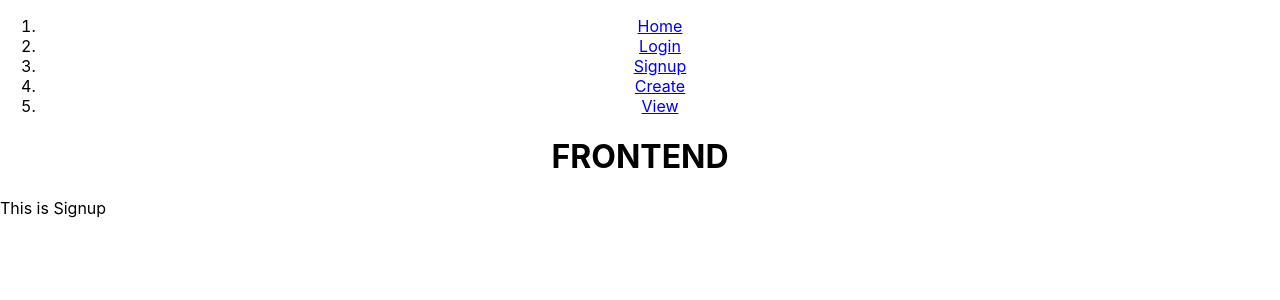
Repository: MikeTroianello/SuPro
Page: /signup (app in frontend/)
The author's editor kept a copy of each file at every save. The page is drawn from the files as they stood at one save, then again after the next save.
The browser window is 1280 px wide. The pictures show the whole page.
The project was rebuilt for these pictures with package versions that can differ from the ones it lists, and the page was loaded fresh each time. A package was used in the major version that the imports need, not the one package.json lists. Also part of the build but not shown: frontend/src/components/Home.js, frontend/src/components/Login.js, frontend/src/components/Create.js, frontend/src/components/View.js.

Above is the page before, as saved 2019-10-03 21:20:01.

### frontend/src/App.js
import React from 'react';
import { BrowserRouter as Router, Route, Switch, Link } from 'react-router-dom';

import Home from './components/Home';
import Login from './components/Login';
import Signup from './components/Signup';
import Create from './components/Create';
import View from './components/View';
import Navbar from './components/Navbar';

import './App.css';

class App extends React.Component {
  render() {
    return (
      <Router>
        <div className='App'>
          <Navbar />
          <h1>FRONTEND</h1>
        </div>
        <Switch>
          <Route exact path='/' component={Home} />
          <Route exact path='/signup' component={Signup} />
          <Route exact path='/login' component={Login} />
          <Route exact path='/create' component={Create} />
          <Route exact path='/view' component={View} />
        </Switch>
      </Router>
    );
  }
}

export default App;

### frontend/src/components/Signup.js
import React, { Component } from 'react';

export default class Signup extends Component {
  render() {
    return <div>This is Signup</div>;
  }
}

### frontend/src/components/Navbar.js
import React from 'react';
import { Link } from 'react-router-dom';

export default function Navbar() {
  return (
    <div>
      <ol>
        <li>
          <Link to='/'>Home</Link>
        </li>
        <li>
          <Link to='/login'>Login</Link>
        </li>
        <li>
          <Link to='/signup'>Signup</Link>
        </li>
        <li>
          <Link to='/create'>Create</Link>
        </li>
        <li>
          <Link to='/view'>View</Link>
        </li>
      </ol>
    </div>
  );
}

Loaded but not shown: frontend/public/index.html (common file); frontend/src/index.js (common file); frontend/src/index.css (common file); frontend/src/serviceWorker.js (common file); frontend/src/App.css (common file)

After the next save:
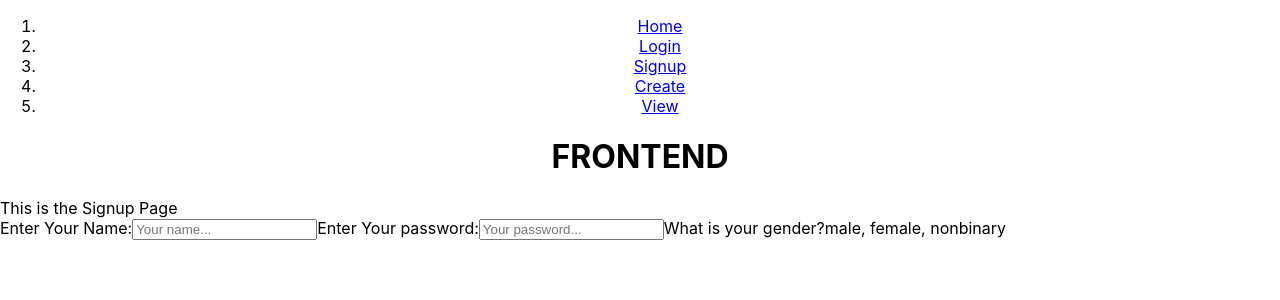
Saved 16 h 49 min later.
--- a/frontend/src/components/Signup.js
+++ b/frontend/src/components/Signup.js
@@ -2,6 +2,18 @@ import React, { Component } from 'react';
 
 export default class Signup extends Component {
   render() {
-    return <div>This is Signup</div>;
+    return (
+      <div>
+        This is the Signup Page
+        <form onSubmit={this.handleSubmit}>
+          <label for='name'>Enter Your Name:</label>
+          <input name='name' placeholder='Your name...' />
+          <label for='password'>Enter Your password:</label>
+          <input name='password' placeholder='Your password...' />
+          <label for='gender'>What is your gender?</label>
+          <list>male, female, nonbinary</list>
+        </form>
+      </div>
+    );
   }
 }
